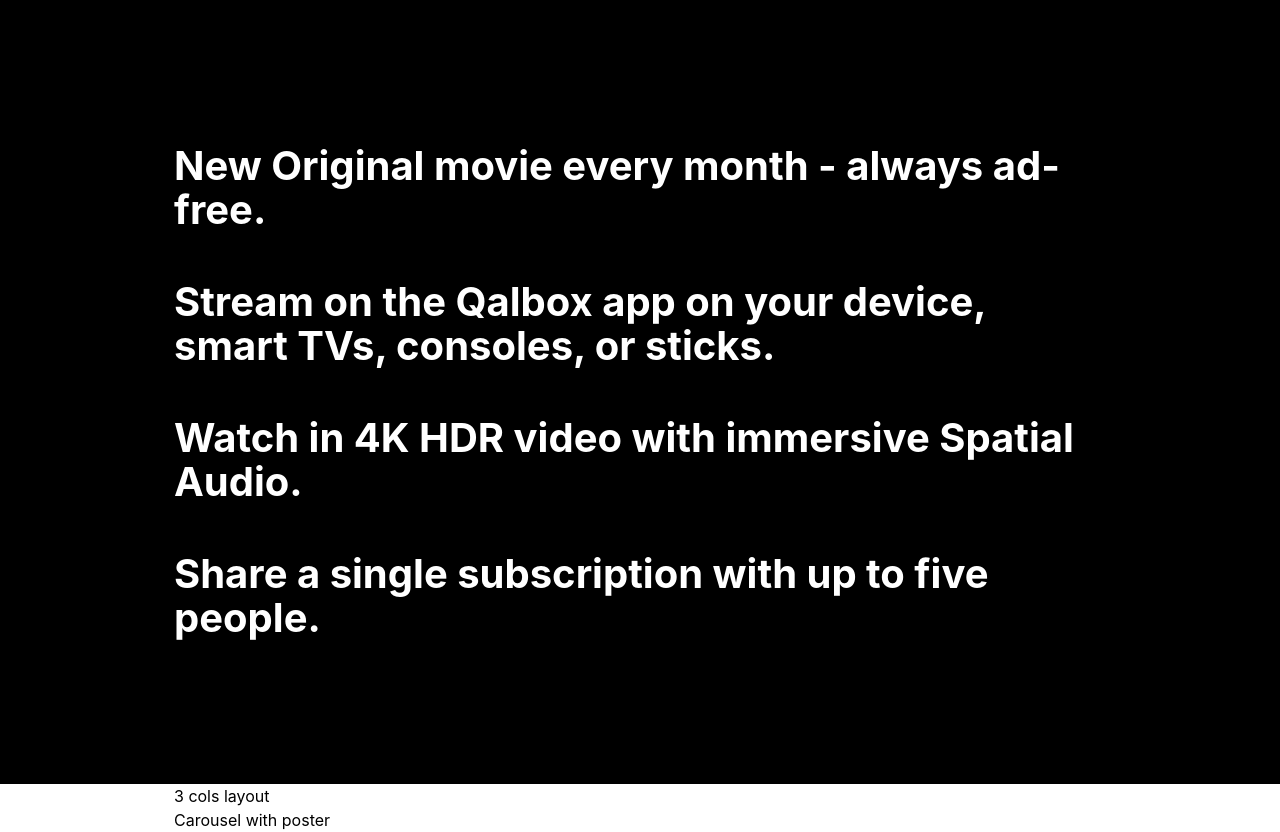
Repository: iqmalr/qalbox-rebuild
Page: /
An editor plug-in stored every save of this project. The page is shown before and after the next save, followed by the edit.
The browser window is 1280 px wide. The pictures show the part of the page from y = 720 to 1596 px (the page is 1552 px tall before and 1596 px after).
Some web fonts or font styles are not loaded; a fallback is used. The project was rebuilt for these pictures with package versions that can differ from the ones it lists, and the page was loaded fresh each time. Also part of the build but not shown: vite.config.ts. Imported but missing from the stored project, and not drawn on this page: src/assets/Hero.mp4.

Above is the page before, as saved 2024-09-16 13:57:26.

### src/App.tsx
import { CustomContainer } from "./components/CustomContainer";
import { Headers } from "./components/Headers";
import { Hero } from "./components/sections/Hero";
import { USPS } from "./components/sections/USPS";

function App() {
  return (
    <>
      <Headers />
      <main>
        <div className="bg-background">
          <Hero />
          <USPS />
        </div>
        <div>
          <CustomContainer>3 cols layout</CustomContainer>
        </div>
        <div>
          <CustomContainer>Carousel with poster</CustomContainer>
        </div>
      </main>
    </>
  );
}

export default App;

### src/index.css
@tailwind base;
@tailwind components;
@tailwind utilities;
@font-face {
  font-family: "SF Pro Display";
  src: url("/assets/font/SFProDisplay-Regular.ttf") format("truetype");
  font-weight: 400;
  font-style: normal;
}

@font-face {
  font-family: "SF Pro Display";
  src: url("/assets/fonts/SFProDisplay-Bold.ttf") format("truetype");
  font-weight: 700;
  font-style: normal;
}

body {
  font-family: "SF Pro Display", sans-serif;
}
@layer {
  :root {
    --header-row-height: 44px;
    --header-height: calc(var(--header-row-height) * 2);
    --hero-height: calc(100svh - var(--header-height));
  }
}

### src/components/CustomContainer.tsx
import React from "react";
import { twMerge } from "tailwind-merge";
type Props = {
  children: React.ReactNode;
  className?: string;
};

export const CustomContainer = ({ children, className }: Props) => {
  return (
    <div className={twMerge("mx-auto max-w-[980px] px-6", className)}>
      {children}
    </div>
  );
};

### src/components/Headers.tsx
import QalboxSVGIcon from "../assets/QalboxSVG";
import { Button } from "./Button";
import { CustomContainer } from "./CustomContainer";

export const Headers = () => {
  return (
    <>
      <header className="top-0 z-20 bg-backgroundContrast text-white">
        <CustomContainer className="flex h-[--header-row-height] items-center">
          <a
            href="/"
            className="-ml-6 flex h-[--header-row-height] items-center px-6 text-21"
          >
            <QalboxSVGIcon />
            <span>Back to homepage</span>
          </a>
        </CustomContainer>
      </header>
      <div className="sticky top-0 z-20 bg-backgroundContrast text-white">
        <CustomContainer className="flex h-[--header-row-height] items-center justify-between">
          <p className="text-21 font-semibold">Qalbox App +</p>
          <Button size="small">Stream now</Button>
        </CustomContainer>
      </div>
    </>
  );
};

### src/components/sections/Hero.tsx
import { motion, useScroll, useTransform } from "framer-motion";
import { lazy, useEffect, useRef } from "react";
import videoSrc from "../../assets/Hero.mp4";
const CustomContainer = lazy(() =>
  import("../CustomContainer").then((module) => ({
    default: module.CustomContainer,
  })),
);
export const Hero = () => {
  const videoContainerRef = useRef<HTMLDivElement>(null);
  const videoRef = useRef<HTMLVideoElement>(null);

  const { scrollYProgress } = useScroll({
    target: videoContainerRef,
    offset: ["start start", "end end"],
  });
  const opacity = useTransform(scrollYProgress, [0, 0.7, 1], [1, 1, 0]);

  useEffect(() => {
    const videoContainer = videoContainerRef.current;
    const video = videoRef.current;
    if (!videoContainer || !video) return;

    const observer = new IntersectionObserver(
      (entries) => {
        entries.forEach((entry) => {
          if (entry.isIntersecting) {
            video.play().catch(() => {
              console.error("Autoplay was prevented");
            });
          } else {
            video.pause();
          }
        });
      },
      { threshold: 0.5 },
    );

    observer.observe(videoContainer);

    return () => {
      observer.unobserve(videoContainer);
    };
  }, []);
  return (
    <div className="relative bg-background text-white">
      <motion.div
        style={{ opacity }}
        ref={videoContainerRef}
        className="absolute -top-[--header-height] left-0 h-[200vh] w-full"
      >
        <video
          ref={videoRef}
          className="sticky top-0 h-screen w-full object-cover"
          src={videoSrc}
          muted
          playsInline
          loop
        />
      </motion.div>
      <CustomContainer className="relative z-10 h-[--hero-height] pb-7">
        <motion.div
          className="flex h-full flex-col items-center justify-end text-center"
          variants={{
            hidden: { opacity: 0 },
            visible: { opacity: 1 },
          }}
          whileInView="visible"
          exit="hidden"
          animate="hidden"
          viewport={{ amount: 0.98 }}
        >
          <h1 className="mb-5 text-40 font-bold md:text-72">
            The Heart of <br />
            Muslim Entertainment.
          </h1>
          <h1 className="mb-5">
            *After your free trial, enjoy both Qalbox and Muslim Pro from
            S$8.33/month onwards. Cancel anytime.
          </h1>
          <h1 className="mb-5">
            Ready to watch? Enter your email to create or restart your
            membership.
          </h1>
          <div className="flex h-[58px] w-[480px] flex-row text-21">
            <div className="flex basis-3/4 items-center bg-white text-textBlack">
              <p className="p-5">Email Address</p>
              <p></p>
            </div>
            <button className="basis-1/4 bg-primary">Mulai</button>
          </div>
        </motion.div>
      </CustomContainer>
    </div>
  );
};

### src/components/sections/USPS.tsx
import { CustomContainer } from "../CustomContainer";

export const USPS = () => {
  return (
    <CustomContainer className="space-y-12 py-36 font-bold text-white">
      <p className="text-40">
        New Original movie every month - always ad-free.
      </p>
      <p className="text-40">
        Stream on the Qalbox app on your device, smart TVs, consoles, or sticks.
      </p>
      <p className="text-40">
        Watch in 4K HDR video with immersive Spatial Audio.
      </p>
      <p className="text-40">
        Share a single subscription with up to five people.
      </p>
    </CustomContainer>
  );
};

### src/assets/icons/QalboxSVG.tsx
const QalboxSVGIcon = () => {
  return (
    <svg
      width="24"
      height="24"
      viewBox="0 0 24 24"
      fill="none"
      xmlns="http://www.w3.org/2000/svg"
    >
      <path
        id="Vector_2"
        d="M6.37981 3.25561C7.28357 4.15908 7.28357 5.61977 6.37981 6.52325C5.47606 7.42673 4.01493 7.42673 3.11117 6.52325C2.20742 5.61977 2.20742 4.15908 3.11117 3.25561C4.01493 2.35213 5.47606 2.35611 6.37981 3.25561ZM19.2673 13.962C18.9368 15.1958 19.6694 16.4615 20.8996 16.7918C22.1338 17.1222 23.3998 16.3899 23.7303 15.16C24.0607 13.9262 23.3282 12.6605 22.098 12.3302C20.8638 11.9998 19.5977 12.7322 19.2673 13.962ZM19.2673 9.97796C19.5977 11.2118 20.8638 11.9401 22.098 11.6098C23.3322 11.2794 24.0607 10.0138 23.7303 8.77995C23.3998 7.54613 22.1338 6.81778 20.8996 7.14812C19.6654 7.47847 18.9368 8.74413 19.2673 9.97796ZM17.2726 6.52325C18.1764 7.42673 19.6375 7.42673 20.5413 6.52325C21.445 5.61977 21.445 4.15908 20.5413 3.25561C19.6375 2.35213 18.1764 2.35213 17.2726 3.25561C16.3689 4.15908 16.3689 5.62375 17.2726 6.52325ZM8.63322 0.067566C7.39902 0.397912 6.67045 1.66358 7.00089 2.8974C7.33134 4.13122 8.59739 4.85958 9.83159 4.52923C11.0658 4.19888 11.7944 2.93322 11.4639 1.6994C11.1335 0.469554 9.86742 -0.26278 8.63322 0.067566ZM13.8208 4.52923C15.055 4.85958 16.3211 4.12724 16.6515 2.8974C16.982 1.66358 16.2494 0.397912 15.0192 0.067566C13.789 -0.26278 12.519 0.469554 12.1885 1.6994C11.8541 2.93322 12.5866 4.19888 13.8208 4.52923ZM23.8099 21.3331C23.8099 20.6844 23.5949 20.4694 22.934 19.8087L20.5413 17.4167C19.6375 16.5132 18.1764 16.5132 17.2726 17.4167C16.3689 18.3202 16.3689 19.7809 17.2726 20.6844L19.6654 23.0764C20.3263 23.7371 20.5453 23.952 21.1902 23.952H23.0375C23.4635 23.952 23.8059 23.6057 23.8059 23.1838L23.8099 21.3331ZM6.41166 3.29939C7.31144 4.19888 7.31144 5.65559 6.41166 6.55509C5.51189 7.45459 4.05474 7.45459 3.15497 6.55509C2.25519 5.65559 2.25519 4.19888 3.15497 3.29939C4.05076 2.39989 5.51189 2.39989 6.41166 3.29939ZM19.2513 13.97C18.9209 15.1998 19.6495 16.4615 20.8797 16.7879C22.1099 17.1182 23.372 16.3899 23.6984 15.16C24.0289 13.9302 23.3003 12.6685 22.0701 12.3421C20.8438 12.0118 19.5818 12.7401 19.2513 13.97ZM19.2513 9.99786C19.5818 11.2277 20.8438 11.9561 22.0701 11.6257C23.3003 11.2954 24.0289 10.0337 23.6984 8.80781C23.368 7.58195 22.1059 6.84962 20.8797 7.17996C19.6534 7.50633 18.9249 8.76801 19.2513 9.99786ZM17.2647 6.55509C18.1644 7.45459 19.6216 7.45459 20.5214 6.55509C21.4211 5.65559 21.4211 4.19888 20.5214 3.29939C19.6216 2.39989 18.1644 2.39989 17.2647 3.29939C16.3649 4.19888 16.3649 5.65559 17.2647 6.55509ZM8.65711 0.123287C7.42689 0.453634 6.69832 1.71532 7.02876 2.94118C7.35921 4.16704 8.62128 4.89938 9.84752 4.56903C11.0777 4.23869 11.8063 2.977 11.4759 1.75114C11.1494 0.521295 9.88733 -0.207059 8.65711 0.123287ZM13.8248 4.56903C15.055 4.89938 16.3171 4.17102 16.6436 2.94118C16.9701 1.71134 16.2455 0.449654 15.0152 0.123287C13.785 -0.207059 12.5229 0.521295 12.1965 1.75114C11.87 2.98098 12.5946 4.24267 13.8248 4.56903ZM23.782 21.3132C23.782 20.6684 23.5671 20.4535 22.9062 19.7928L20.5214 17.4088C19.6216 16.5093 18.1644 16.5093 17.2647 17.4088C16.3649 18.3083 16.3649 19.765 17.2647 20.6645L19.6495 23.0485C20.3104 23.7092 20.5253 23.9241 21.1703 23.9241H23.0137C23.4357 23.9241 23.782 23.5819 23.782 23.156V21.3132ZM14.9038 23.3988C15.8871 23.1361 16.4684 22.1252 16.2056 21.1421C15.9429 20.159 14.9316 19.5779 13.9482 19.8406C12.5906 20.2028 11.1534 20.2107 9.79178 19.8605C8.39435 19.4983 7.10839 18.766 6.08122 17.7351C5.05404 16.7083 4.3175 15.4267 3.95919 14.0257C3.60883 12.6645 3.61281 11.2317 3.97511 9.87447C4.23788 8.8914 3.65263 7.88046 2.66925 7.62175C1.68587 7.35907 0.674621 7.94414 0.415837 8.92722C-0.109694 10.8934 -0.117657 12.9789 0.391949 14.9491C0.917479 16.9829 1.98447 18.8456 3.47745 20.3381C4.97043 21.8306 6.83766 22.8973 8.8721 23.4227C9.84354 23.6734 10.8389 23.7968 11.8342 23.7968C12.8693 23.8008 13.9005 23.6654 14.9038 23.3988Z"
        fill="currentColor"
      />
    </svg>
  );
};

export default QalboxSVGIcon;

### src/components/Button.tsx
import { twMerge } from "tailwind-merge";

type Props = {
  children: React.ReactNode;
  size?: "small" | "medium" | "large";
  className?: string;
};
export const Button = ({ children, size = "medium", className }: Props) => {
  const sizeClassNames: Record<"small" | "medium" | "large", string> = {
    // 12px
    small: "text-xs px-2 py-1",
    // 14px
    medium: "text-sm px-5 py-3",
    // 17px
    large: "text-lg px-8 py-5",
  };
  return (
    <button
      className={twMerge(
        "rounded-full bg-white text-textBlack",
        sizeClassNames[size],
        className,
      )}
    >
      {children}
    </button>
  );
};

### tailwind.config.ts
/** @type {import('tailwindcss').Config} */
export default {
  content: ["./index.html", "./src/**/*.{js,ts,jsx,tsx}"],
  theme: {
    colors: {
      background: "#000",
      backgroundContrast: "#111",
      textBlack: "#1d1d1f",
      white: "#fff",
    },
    fontFamily: {
      sans: ["SF Pro Display"],
    },
    fontSize: {
      "12": "0.75rem",
      "14": "0.875rem",
      "17": "1.0625rem",
      "19": ["1.1875rem", "1.21"],
      "21": "1.3125rem",
      "24": "1.5rem",
      "28": "1.75rem",
      "40": ["2.5rem", "1.1"],
      "72": ["4.5rem", "1.05"],
    },
    extend: {},
  },
  plugins: [],
};

Loaded but not shown: index.html (common file); src/main.tsx (common file)

After the next save:
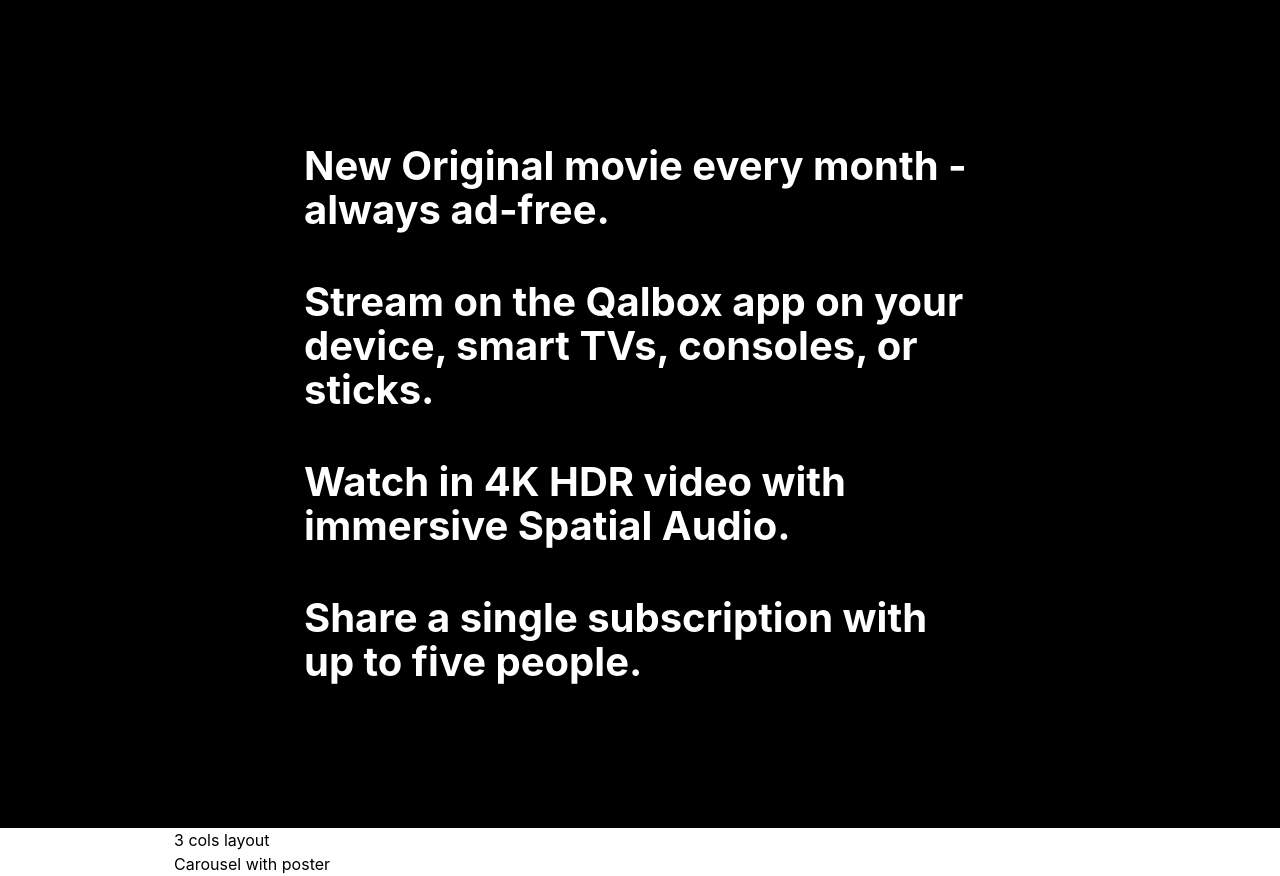
Saved 12 s later.
--- a/src/components/sections/USPS.tsx
+++ b/src/components/sections/USPS.tsx
@@ -2,7 +2,7 @@
 
 export const USPS = () => {
   return (
-    <CustomContainer className="space-y-12 py-36 font-bold text-white">
+    <CustomContainer className="max-w-[720px] space-y-12 py-36 font-bold text-white">
       <p className="text-40">
         New Original movie every month - always ad-free.
       </p>
